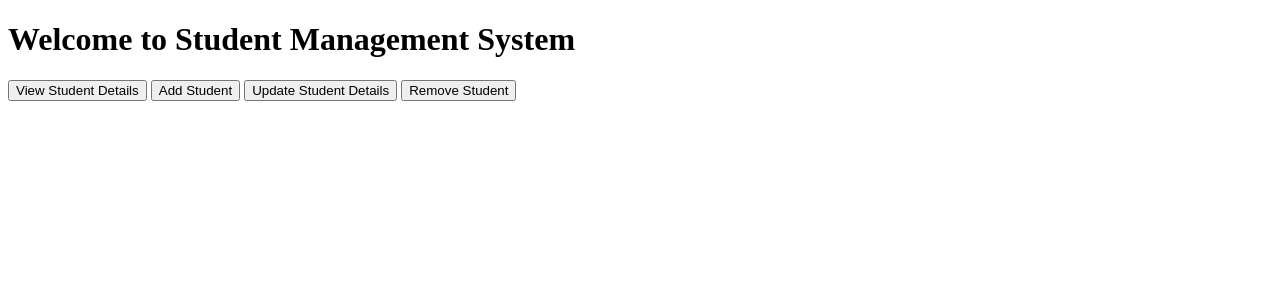
Repository: karan14ary/SpringProjects-WorkSpace
Page: http://localhost/index
These files come from the project's save history. The page is drawn as it stood at one moment and after the next save; the edit follows.
The browser window is 1280 px wide. The pictures show the whole page.
The page is this project's Thymeleaf template; nobody is signed in. The template is opened directly, without the code that normally fills it, so the values that code supplies are empty.

Above is the page before, as saved 2023-12-28 13:27:25.

### SpringBootWebProject4/src/main/resources/templates/index.html
<!DOCTYPE html>
<html>
<head>
<meta charset="ISO-8859-1">
<title>Insert title here</title>
</head>
<body>
<h1>Welcome to Student Management System</h1>
<form>
<button onClick="window.location.href='viewinfo.html';">View Student Details</button>
<button onClick="window.location.href='addstudent.html';">Add Student</button>
<button onClick="window.location.href='updatestudent.html';">Update Student Details</button>
<button onClick="window.location.href='removestudent.html';">Remove Student</button>
</form>
</body>
</html>

After the next save:
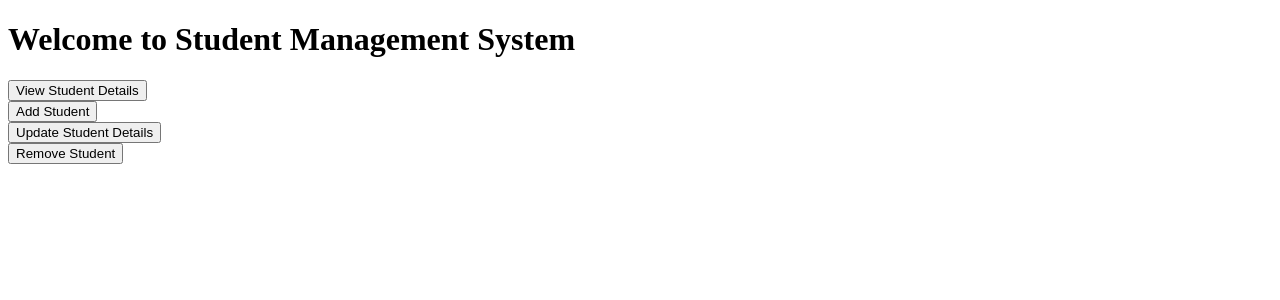
Saved 6 min 5 s later.
--- a/SpringBootWebProject4/src/main/resources/templates/index.html
+++ b/SpringBootWebProject4/src/main/resources/templates/index.html
@@ -8,8 +8,11 @@
 <h1>Welcome to Student Management System</h1>
 <form>
 <button onClick="window.location.href='viewinfo.html';">View Student Details</button>
+<br>
 <button onClick="window.location.href='addstudent.html';">Add Student</button>
+<br>
 <button onClick="window.location.href='updatestudent.html';">Update Student Details</button>
+<br>
 <button onClick="window.location.href='removestudent.html';">Remove Student</button>
 </form>
 </body>
